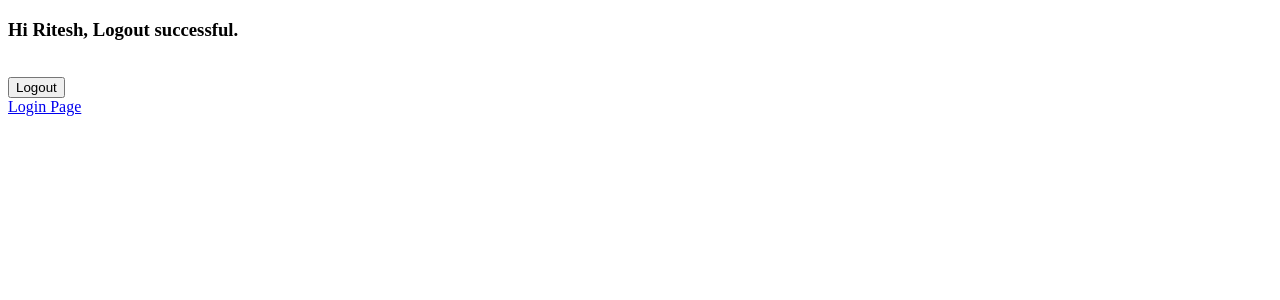
Repository: asthanaritesh/webStart
Page: http://localhost/FirstServletProject/JSPs/LogoutSuccess.jsp
An editor plug-in stored every save of this project. The page is shown before and after the next save, followed by the edit.
The browser window is 1280 px wide. The pictures show the whole page.
The page is served by Tomcat 9. Other server files are loaded and not shown.

Above is the page before, as saved 2017-10-06 11:04:06.

### FirstServletProject/WebContent/JSPs/LogoutSuccess.jsp
<%@ page language="java" contentType="text/html; charset=US-ASCII"
    pageEncoding="US-ASCII"%>
<!DOCTYPE html PUBLIC "-//W3C//DTD HTML 4.01 Transitional//EN" "http://www.w3.org/TR/html4/loose.dtd">
<html>

<head>
<meta http-equiv="Content-Type" content="text/html; charset=US-ASCII">
<title>Logout Success Page</title>
</head>

<body>
<h3>Hi Ritesh, Logout successful.</h3><br>

<form action="LogoutServlet" method="post">
<input type="submit" value="Logout" >
</form>

<a href="../HTMLs/loginAgain.html">Login Page</a>
</body>

</html>

After the next save:
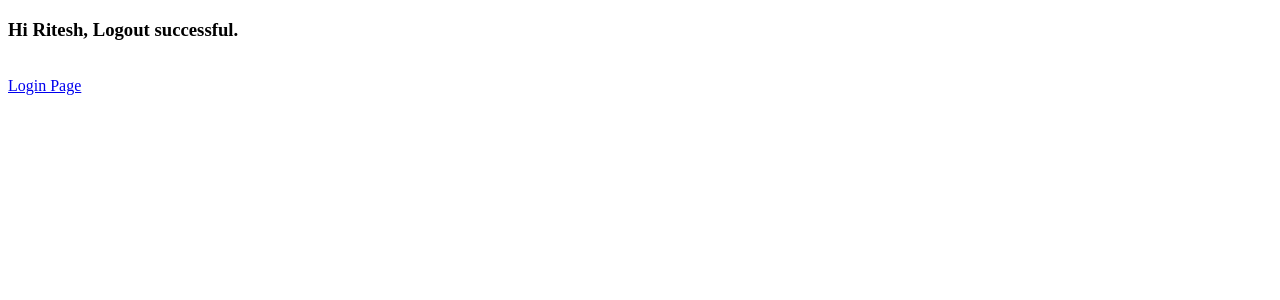
Saved 14 s later.
--- a/FirstServletProject/WebContent/JSPs/LogoutSuccess.jsp
+++ b/FirstServletProject/WebContent/JSPs/LogoutSuccess.jsp
@@ -11,10 +11,6 @@
 <body>
 <h3>Hi Ritesh, Logout successful.</h3><br>
 
-<form action="LogoutServlet" method="post">
-<input type="submit" value="Logout" >
-</form>
-
 <a href="../HTMLs/loginAgain.html">Login Page</a>
 </body>
 
